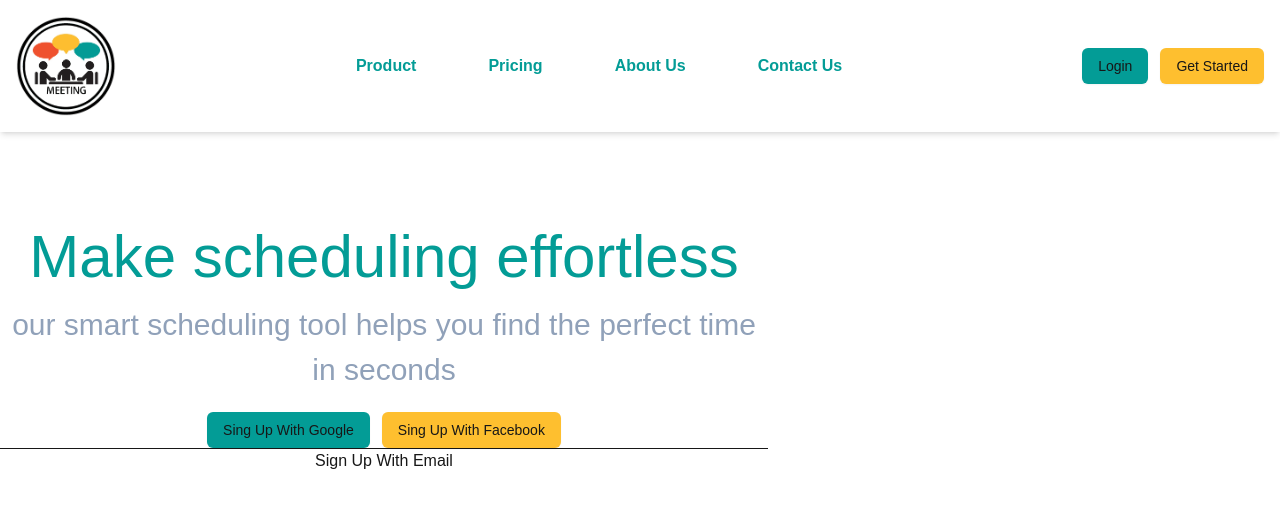
Repository: walaa-horani/scheduleMeetingNextjs
Page: /
An editor plug-in stored every save of this project. The page is shown before and after the next save, followed by the edit.
The browser window is 1280 px wide. The pictures show the whole page.
The project was rebuilt for these pictures with package versions that can differ from the ones it lists, and the page was loaded fresh each time. The framework's server and built-in components were replaced by stand-ins that run in the browser. Also part of the build but not shown: next.config.mjs.

Above is the page before, as saved 2025-05-21 22:33:04.

### app/page.js
import Image from "next/image";
import Header from "./_components/Header";
export default function Home() {
  return (
    <div >
      <Header/>
    </div>
  );
}

### app/_components/Header.js
import React from 'react'
import Image from 'next/image'
import { Button } from '@/components/ui/button'
import Link from 'next/link'
function Header() {
  return (
    <div>
        <div className='flex justify-between items-center p-4 shadow-md'>
            <Image className='w-[70px] md:w-[100px]' width={70} height={70} alt='logo' src="/logo.png"/>

            <ul className=' hidden text-[#039C96] font-bold  md:flex gap-14'>
                <li className= 'hover:bg-[#d0efee] transition-all duration-300 p-2 cursor-pointer'>Product</li>
                 <li className= 'hover:bg-[#d0efee] transition-all duration-300 p-2 cursor-pointer'>Pricing</li>
                  <li className= 'hover:bg-[#d0efee] transition-all duration-300 p-2 cursor-pointer'>About Us</li>
                   <li className= 'hover:bg-[#d0efee] transition-all duration-300 p-2 cursor-pointer'>Contact Us</li>
            </ul>

            <div >
                <Button className="bg-[#039C96] mr-3 cursor-pointer">Login</Button>
                 <Button className="bg-[#FEBF2F] cursor-pointer">Get Started</Button>
            </div>
        </div>

        <div className='text-center mt-20 max-w-3xl'>
          <h1 className=' text-[40px] md:text-[60px] text-[#039C96]'>Make scheduling effortless</h1>
          <h1 className='text-[30px] text-slate-400'> our smart scheduling tool helps you find the perfect time in seconds </h1>


            <div className='mt-5'>
                <Button className="bg-[#039C96] mr-3 cursor-pointer">Sing Up With Google</Button>
                 <Button className="bg-[#FEBF2F] cursor-pointer">Sing Up With Facebook</Button>
            </div>
            <hr/>
            <h2><Link href="" className="text-primary">Sign Up With Email</Link> </h2>
        </div>
    </div>
  )
}

export default Header

### components/ui/button.jsx
import * as React from "react"
import { Slot } from "@radix-ui/react-slot"
import { cva } from "class-variance-authority";

import { cn } from "@/lib/utils"

const buttonVariants = cva(
  "inline-flex items-center justify-center gap-2 whitespace-nowrap rounded-md text-sm font-medium transition-all disabled:pointer-events-none disabled:opacity-50 [&_svg]:pointer-events-none [&_svg:not([class*='size-'])]:size-4 shrink-0 [&_svg]:shrink-0 outline-none focus-visible:border-ring focus-visible:ring-ring/50 focus-visible:ring-[3px] aria-invalid:ring-destructive/20 dark:aria-invalid:ring-destructive/40 aria-invalid:border-destructive",
  {
    variants: {
      variant: {
        default:
          "bg-[#039C96] text-primary-foreground shadow-xs hover:bg-primary/90",
        destructive:
          "bg-destructive text-white shadow-xs hover:bg-destructive/90 focus-visible:ring-destructive/20 dark:focus-visible:ring-destructive/40 dark:bg-destructive/60",
        outline:
          "border bg-background shadow-xs hover:bg-accent hover:text-accent-foreground dark:bg-input/30 dark:border-input dark:hover:bg-input/50",
        secondary:
          "bg-secondary text-secondary-foreground shadow-xs hover:bg-secondary/80",
        ghost:
          "hover:bg-accent hover:text-accent-foreground dark:hover:bg-accent/50",
        link: "text-primary underline-offset-4 hover:underline",
      },
      size: {
        default: "h-9 px-4 py-2 has-[>svg]:px-3",
        sm: "h-8 rounded-md gap-1.5 px-3 has-[>svg]:px-2.5",
        lg: "h-10 rounded-md px-6 has-[>svg]:px-4",
        icon: "size-9",
      },
    },
    defaultVariants: {
      variant: "default",
      size: "default",
    },
  }
)

function Button({
  className,
  variant,
  size,
  asChild = false,
  ...props
}) {
  const Comp = asChild ? Slot : "button"

  return (
    <Comp
      data-slot="button"
      className={cn(buttonVariants({ variant, size, className }))}
      {...props} />
  );
}

export { Button, buttonVariants }

Loaded but not shown: app/layout.js (common file); app/globals.css (common file); lib/utils.js (common file)

After the next save:
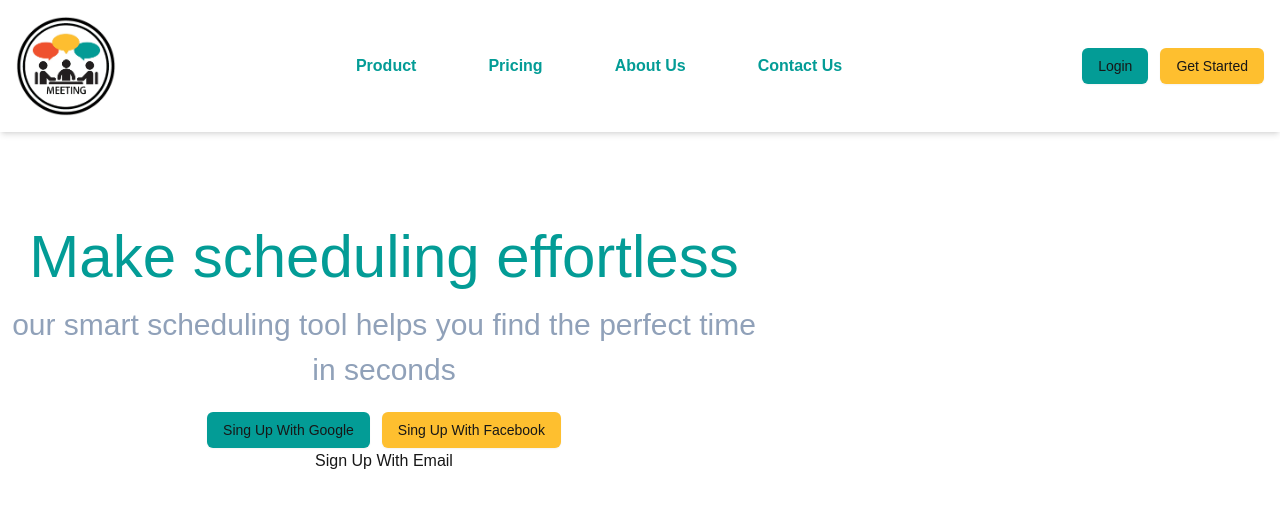
Saved 18 s later.
--- a/app/_components/Header.js
+++ b/app/_components/Header.js
@@ -21,7 +21,7 @@
             </div>
         </div>
 
-        <div className='text-center mt-20 max-w-3xl'>
+        <div className='text-center mt-20 max-w-3xl flex justify-between items-center flex-col'>
           <h1 className=' text-[40px] md:text-[60px] text-[#039C96]'>Make scheduling effortless</h1>
           <h1 className='text-[30px] text-slate-400'> our smart scheduling tool helps you find the perfect time in seconds </h1>
 

After the save that followed:
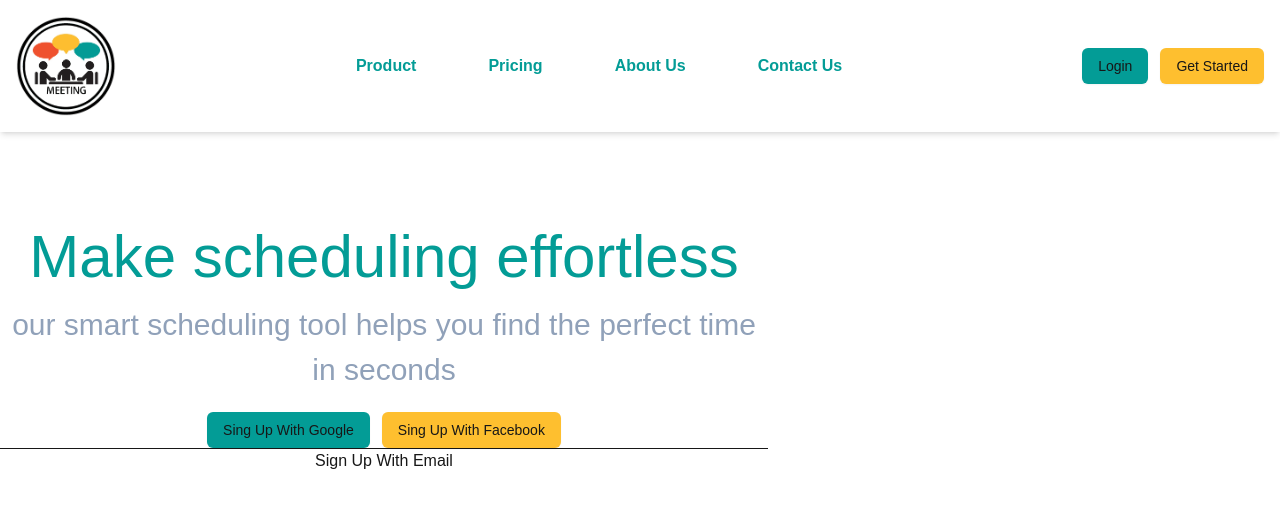
Saved 4 s later.
--- a/app/_components/Header.js
+++ b/app/_components/Header.js
@@ -21,7 +21,7 @@
             </div>
         </div>
 
-        <div className='text-center mt-20 max-w-3xl flex justify-between items-center flex-col'>
+        <div className='text-center mt-20 max-w-3xl '>
           <h1 className=' text-[40px] md:text-[60px] text-[#039C96]'>Make scheduling effortless</h1>
           <h1 className='text-[30px] text-slate-400'> our smart scheduling tool helps you find the perfect time in seconds </h1>
 
